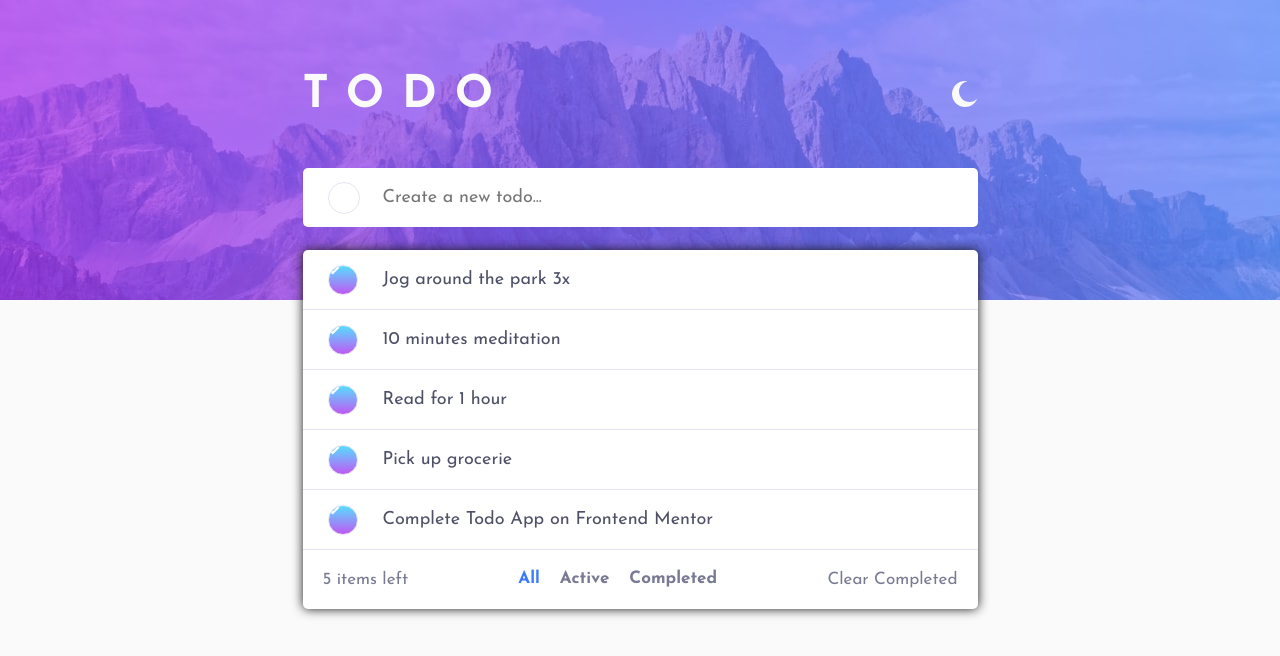
Repository: tomas938/todo-app
Page: /
The author's editor kept a copy of each file at every save. The page is drawn from the files as they stood at one save, then again after the next save.
The browser window is 1280 px wide. The pictures show the whole page.
The project was rebuilt for these pictures with package versions that can differ from the ones it lists, and the page was loaded fresh each time.

Above is the page before, as saved 2021-08-18 13:55:26.

### src/main.js
import { createApp } from "vue";
import App from "./App.vue";
import router from "./router";

createApp(App)
	.use(router)
	.mount("#app");

### src/App.vue
<template>
	<router-view />
</template>

<style lang="scss">
@import "/src/scss/_variables";
:root {
	.dark {
		--bg-image: url(./assets/bg-desktop-dark.jpg);
		--items-bg-color: hsl(235, 24%, 19%);
		--body-bg: hsl(235, 21%, 11%);
		--todo-text: hsl(236, 33%, 92%);
		--todo-border: hsl(237, 14%, 26%);
	}
	.light {
		--bg-image: url(./assets/bg-desktop-light.jpg);
		--items-bg-color: hsl(0, 0%, 100%);
		--body-bg: hsl(0, 0%, 98%);
		--todo-text: hsl(233, 14%, 35%);
		--todo-border: hsl(236, 33%, 92%);
	}
}
* {
	margin: 0;
	padding: 0;
	box-sizing: border-box;
}
html {
	font-size: 62.5%;
}
body {
	font-size: 1.8rem;
	font-family: $font-primary;
	background-color: var(--body-bg);
}

li {
	list-style: none;
}
</style>

### src/router/index.js
import { createRouter, createWebHashHistory } from "vue-router";
import Home from "../views/Home.vue";

const routes = [
	{
		path: "/",
		name: "Home",
		component: Home,
	},
];

const router = createRouter({
	history: createWebHashHistory(),
	routes,
});

export default router;

### src/scss/_variables.scss
// LINK COLLORS-PRIMARY //

$primary: hsl(220, 98%, 61%);
$primary-bg: linear-gradient(rgb(87, 221, 255), hsl(280, 87%, 65%));

// LINK LIGHT THEME //

$light-gray: hsl(0, 0%, 98%);
$very-light-grayish-blue: hsl(236, 33%, 92%);
$light-grayish-blue: hsl(233, 11%, 84%);
$dark-grayish-blue: hsl(236, 9%, 61%);
$very-dark-grayish-blue: hsl(235, 19%, 35%);

// LINK DARK THEME //

$very-dark-blue: hsl(235, 21%, 11%);
$dark-desaturated-blue: hsl(235, 24%, 19%);
$light-grayish-blue--dark: hsl(234, 39%, 85%);
$light-grayish-blue--dark-hover: hsl(236, 33%, 92%);
$dark-grayish-blue--dark: hsl(234, 11%, 52%);
$very-dark-grayish-blue--dark: hsl(233, 14%, 35%);
$very-dark-grayish-blue--dark-2: hsl(237, 14%, 26%);

// LINK FONT //

@import url("https://fonts.googleapis.com/css2?family=Josefin+Sans:wght@400;700&display=swap");
$font-primary: "Josefin Sans", sans-serif;
$light: 400;
$bold: 700;

### src/views/Home.vue
<template>
	<Header />
	<Todos />
</template>

<script>
import Header from "../components/Header";
import Todos from "../components/Todos.vue";
export default {
	components: {
		Header,
		Todos,
	},
};
</script>
<style lang="scss"></style>

### src/components/Header.vue
<template>
	<header>
		<nav class="nav container">
			<div class="nav__title">
				<h1>todo</h1>
			</div>
			<svg
				v-if="ligth"
				@click="changeTheme"
				class="nav__theme"
				xmlns="http://www.w3.org/2000/svg"
				width="26"
				height="26"
			>
				<path
					fill="#fafafa"
					fill-rule="evenodd"
					d="M13 0c.81 0 1.603.074 2.373.216C10.593 1.199 7 5.43 7 10.5 7 16.299 11.701 21 17.5 21c2.996 0 5.7-1.255 7.613-3.268C23.22 22.572 18.51 26 13 26 5.82 26 0 20.18 0 13S5.82 0 13 0z"
				/>
			</svg>
			<svg
				v-else
				@click="changeTheme"
				xmlns="http://www.w3.org/2000/svg"
				width="26"
				height="26"
			>
				<path
					fill="#fafafa"
					fill-rule="evenodd"
					d="M13 21a1 1 0 011 1v3a1 1 0 11-2 0v-3a1 1 0 011-1zm-5.657-2.343a1 1 0 010 1.414l-2.121 2.121a1 1 0 01-1.414-1.414l2.12-2.121a1 1 0 011.415 0zm12.728 0l2.121 2.121a1 1 0 01-1.414 1.414l-2.121-2.12a1 1 0 011.414-1.415zM13 8a5 5 0 110 10 5 5 0 010-10zm12 4a1 1 0 110 2h-3a1 1 0 110-2h3zM4 12a1 1 0 110 2H1a1 1 0 110-2h3zm18.192-8.192a1 1 0 010 1.414l-2.12 2.121a1 1 0 01-1.415-1.414l2.121-2.121a1 1 0 011.414 0zm-16.97 0l2.121 2.12A1 1 0 015.93 7.344L3.808 5.222a1 1 0 011.414-1.414zM13 0a1 1 0 011 1v3a1 1 0 11-2 0V1a1 1 0 011-1z"
				/>
			</svg>
		</nav>
		<div class="new-todo">
			<input type="text" placeholder="Create a new todo..." />
		</div>
	</header>
</template>

<script>
export default {
	data() {
		return {
			ligth: true,
			body: document.body,
		};
	},
	methods: {
		changeTheme() {
			this.ligth = !this.ligth;
			if (!this.ligth) {
				this.body.classList.remove("light");
				this.body.classList.add("dark");
			} else {
				this.body.classList.remove("dark");
				this.body.classList.add("light");
			}
		},
	},
	mounted() {
		this.body.classList.add("light");
	},
};
</script>

<style lang="scss" scoped>
@import "/src/scss/_variables";

header {
	height: 30rem;
	display: flex;
	flex-direction: column;
	align-items: center;
	justify-content: center;
	gap: 5rem;
	padding: 3rem;
	background-image: var(--bg-image);
	background-repeat: no-repeat;
	background-size: cover;
}
.nav {
	max-width: 67.5rem;
	width: 100%;
	display: flex;
	justify-content: space-between;
	align-items: baseline;
	&__title h1 {
		font-size: 4.5rem;
		letter-spacing: 1.8rem;
		text-transform: uppercase;
	}

	svg {
		cursor: pointer;
	}
}
.new-todo {
	max-width: 67.5rem;
	width: 100%;
	position: relative;
	&::before {
		content: "";
		position: absolute;
		top: 50%;
		transform: translateY(-50%);
		left: 2.5rem;
		width: 3rem;
		height: 3rem;
		border-radius: 50%;
		border: 1px solid var(--todo-border);
	}
}
input {
	background-color: var(--items-bg-color);
	width: 100%;
	outline: none;
	border: none;
	padding: 2rem;
	padding-left: 8rem;
	border-radius: 0.5rem;
	font-size: 1.8rem;
	font-family: $font-primary;
	font-weight: $light;
}
h1 {
	color: $light-gray;
}
</style>

### src/components/Todos.vue
<template>
	<main>
		<ul class="todos">
			<li v-for="(todo, index) in todos" :key="index" class="todo-item">
				<svg
					class="todo-status "
					xmlns="http://www.w3.org/2000/svg"
					width="11"
					height="9"
				>
					<path
						fill="none"
						stroke="#FFF"
						stroke-width="2"
						d="M1 4.304L3.696 7l6-6"
					/>
				</svg>
				<!-- <div class="todo-status"></div> -->
				<span>{{ todo }}</span>
			</li>
			<div class="filters">
				<div class="items-left">
					<span>{{ todos.length }} items left</span>
				</div>
				<div class="filter">
					<span>All</span>
					<span>Active</span>
					<span>Completed</span>
				</div>
				<div class="clear">
					<span>Clear Completed</span>
				</div>
			</div>
		</ul>
	</main>
</template>

<script>
export default {
	data() {
		return {
			todos: [
				"Jog around the park 3x",
				"10 minutes meditation",
				"Read for 1 hour",
				"Pick up grocerie",
				"Complete Todo App on Frontend Mentor",
			],
		};
	},
};
</script>

<style lang="scss" scoped>
@import "/src/scss/_variables";

main {
	padding: 0 3rem;
	display: flex;
	justify-content: center;
	transform: translateY(-5rem);
}
.todos {
	max-width: 67.5rem;
	width: 100%;
	border-radius: 0.5rem;
	background-color: var(--items-bg-color);
	box-shadow: 0px 0px 11px 0px #1a1919;
}
.todo-item {
	position: relative;
	width: 100%;
	padding: 2rem;
	padding-left: 8rem;
	font-family: $font-primary;
	font-weight: $light;
	color: var(--todo-text);
	border-bottom: 1px solid var(--todo-border);

	// FIXME maybe group styling //
	.todo-status {
		cursor: pointer;
		content: "";
		position: absolute;
		top: 50%;
		transform: translateY(-50%);
		left: 2.5rem;
		width: 3rem;
		height: 3rem;
		border-radius: 50%;
		background: $primary-bg;
		border: 1px solid var(--todo-border);
	}
	&::after {
		opacity: 0;
		cursor: pointer;
		content: "";
		position: absolute;
		right: 2.5rem;
		width: 2.6rem;
		height: 2.6rem;
		background-image: url(../assets/icon-cross.svg);
		background-repeat: no-repeat;
	}
	&:hover:after {
		transition: opacity 0.5s ease-in-out;
		opacity: 1;
	}
}
.filters {
	display: flex;
	justify-content: space-between;
	padding: 2rem;
	.filter {
		display: flex;
		gap: 2rem;
		span {
			font-weight: $bold;
			&:first-child {
				color: $primary;
			}
		}
	}
	.items-left {
		span {
			cursor: auto;
		}
	}
	span {
		color: $dark-grayish-blue--dark;
		cursor: pointer;
		font-size: 1.7rem;
	}
}
</style>

Loaded but not shown: public/index.html (common file)

After the next save:
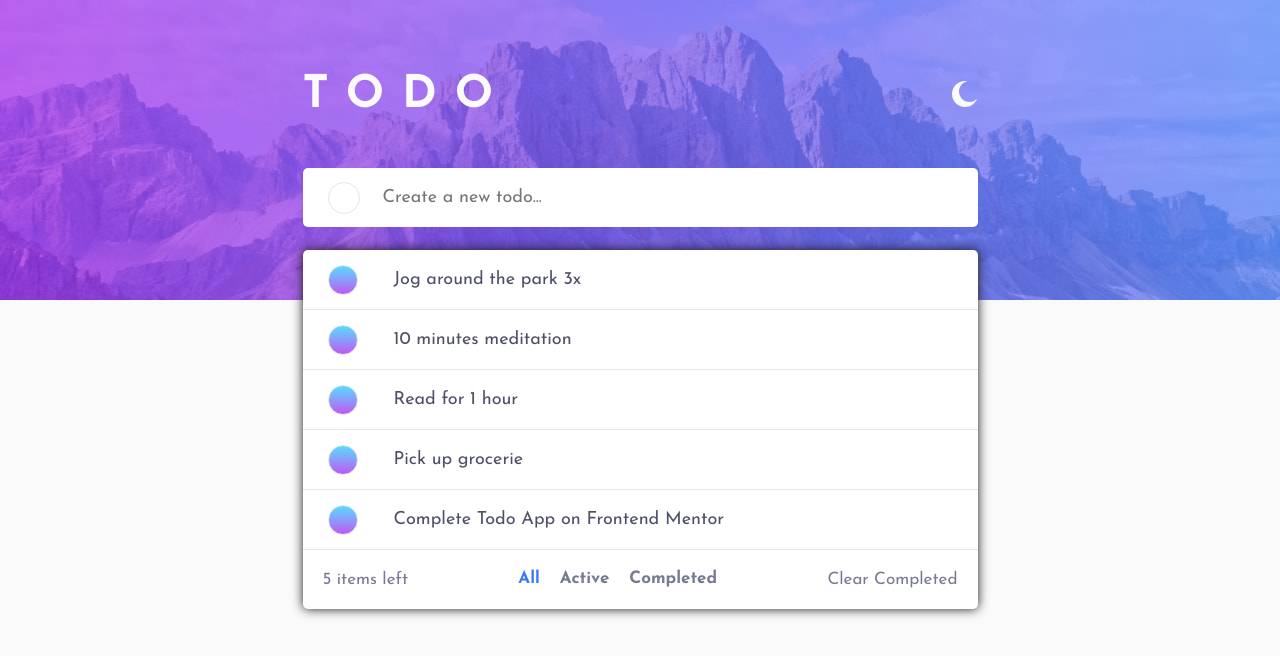
Saved 71 s later.
--- a/src/components/Todos.vue
+++ b/src/components/Todos.vue
@@ -2,12 +2,8 @@
 	<main>
 		<ul class="todos">
 			<li v-for="(todo, index) in todos" :key="index" class="todo-item">
-				<svg
-					class="todo-status "
-					xmlns="http://www.w3.org/2000/svg"
-					width="11"
-					height="9"
-				>
+				<div class="todo-status"></div>
+				<svg xmlns="http://www.w3.org/2000/svg" width="11" height="9">
 					<path
 						fill="none"
 						stroke="#FFF"

After the save that followed:
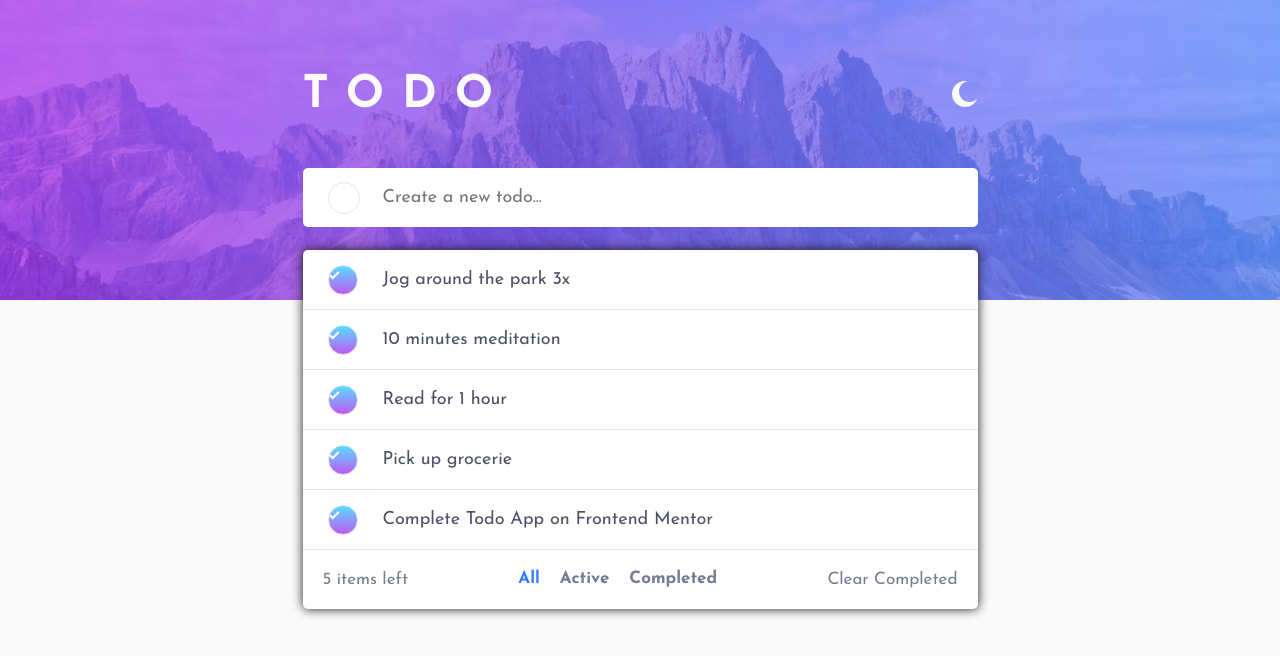
Saved 5 s later.
--- a/src/components/Todos.vue
+++ b/src/components/Todos.vue
@@ -2,15 +2,16 @@
 	<main>
 		<ul class="todos">
 			<li v-for="(todo, index) in todos" :key="index" class="todo-item">
-				<div class="todo-status"></div>
-				<svg xmlns="http://www.w3.org/2000/svg" width="11" height="9">
-					<path
-						fill="none"
-						stroke="#FFF"
-						stroke-width="2"
-						d="M1 4.304L3.696 7l6-6"
-					/>
-				</svg>
+				<div class="todo-status">
+					<svg xmlns="http://www.w3.org/2000/svg" width="11" height="9">
+						<path
+							fill="none"
+							stroke="#FFF"
+							stroke-width="2"
+							d="M1 4.304L3.696 7l6-6"
+						/>
+					</svg>
+				</div>
 				<!-- <div class="todo-status"></div> -->
 				<span>{{ todo }}</span>
 			</li>
